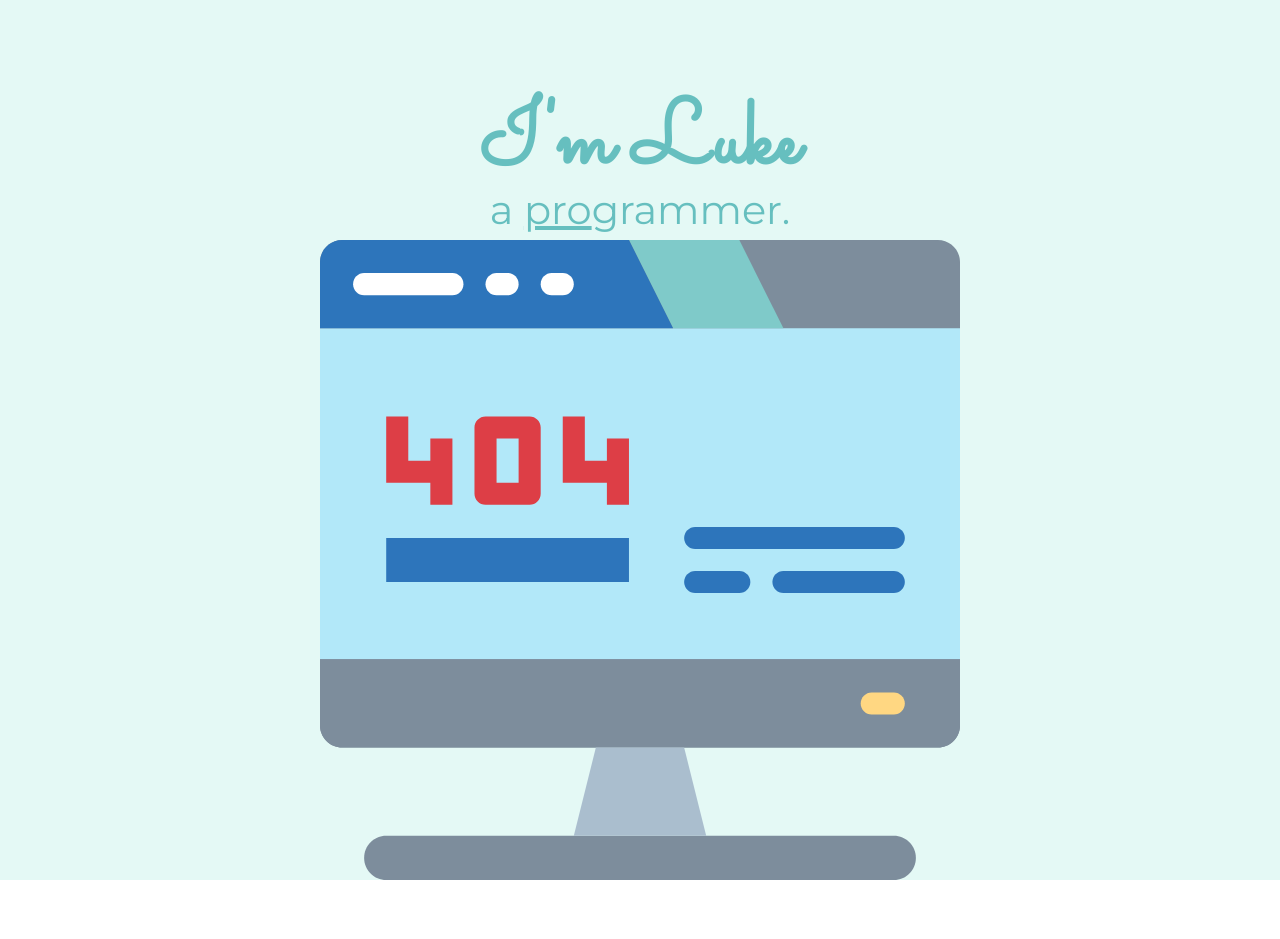
Repository: Isanderr/simple_landing_page-1
Page: index.html
These files come from the project's save history. The page is drawn as it stood at one moment and after the next save; the edit follows.
The browser window is 1280 px wide. The pictures show the part of the page from y = 0 to 939 px (the page is 2753 px tall before and 2732 px after).
A picture or video elsewhere on the page could not be fetched, so the positions and the page height are approximate.

Above is the page before, as saved 2019-02-01 18:33:35.

### index.html
<!DOCTYPE html>
<html lang="en">

    <head>
        <meta charset="UTF-8">
        <meta name="viewport" content="width=device-width, initial-scale=1.0">
        <meta http-equiv="X-UA-Compatible" content="ie=edge">
        <title>CendrowskiL</title>
        <link rel="stylesheet" href="css/reset.css">
        <link rel="stylesheet" href="css/styles.css">
        <link rel="shortcut icon" href="img/favicon.ico" type="image/x-icon">
        <link href="https://fonts.googleapis.com/css?family=Merriweather|Montserrat|Sacramento" rel="stylesheet">
    </head>

    <body>
    </body>
    <div class="top-container">
        <h1>I'm Luke</h1>
        <h2>a <span class="pro">pro</span>grammer.</h2>
        <img class="mountain" src="img/error-404.svg" alt="mountain-image">
    </div>
    <div class="middle-container">
        <div class="profile">
            <img src="img/man.svg" alt="man" class="man-img">
            <h2>Hello.</h2>
            <p class="intro">Lorem ipsum dolor sit amet, vitae volutpat, dui conubia, dolor urna. Non auctor, montes
                nulla distinctio.</p>
        </div>
        <hr>
        <div class="skills">
            <h2>My Skills.</h2>
            <div class="skill-row">
                <img class="computer-img" src="img/optimize.svg" alt="computer">
                <h3>Lorem & Ipsum</h3>
                <p>Lorem ipsum dolor sit amet, quis in duis, iaculis id felis. Consectetuer vestibulum, nunc urna
                    lectus, erat ligula. Hendrerit nam, lectus ante, ut lorem eros.</p>
            </div>
            <div class="skill-row">
                <img src="img/hosting.svg" class="hosting-img" alt="rocket-databes">
                <h3>Lorem Ipsum Dolor</h3>
                <p>Lorem ipsum dolor sit amet, mauris sed consectetuer. Etiam et eu, bibendum interdum, lacus quis
                    mauris. Curabitur wisi, quisque vel eu, rutrum nam.</p>
            </div>
        </div>
        <hr>
        <div class="contact-me">
            <h2>Get In Touch</h2>
            <h3>Lorem ipsum dolor sit amet, non elit.</h3>
            <p class="contact-message">Lorem ipsum dolor sit amet, in quis, aenean amet. Phasellus sodales, tellus
                donec dui, ornare erat.</p>
            <a class="btn" href="mailto:name@email.com">CONTACT ME</a>
        </div>
    </div>
    <div class="bottom-container">
        <a class="footer-link" href="https://www.linkedin.com/">LinkedIn</a>
        <a class="footer-link" href="https://twitter.com/">Twitter</a>
        <a class="footer-link" href="https://www.appbrewery.co/">Website</a>
        <p class="copyright">© 2019 Łukasz Cendrowski.</p>
    </div>
    </body>

</html>

### css/styles.css
/* font-family: 'Merriweather', serif;
font-family: 'Sacramento', cursive;
font-family: 'Montserrat', sans-serif; */

body{
    color: #40514E;
    margin: 0;
    text-align: center;
    font-family: 'Merriweather', serif;
}

h1 {
    color: #66bfbf;
    margin-top: 50px auto 0 auto;
    font-family: 'Sacramento', cursive;
    font-size: 5.625rem;
    font-weight: bold;
}
h2 {
    font-size: 2.5rem;
    font-family: 'Montserrat', sans-serif;
    color: #66bfbf;
    font-weight: normal;
    padding-bottom: 10px;

}
h3 {
    font-family: 'Montserrat', sans-serif;
    color: #11999E;
    line-height: 2;

}

hr {
    border: dotted #EAF6F6 6px;
    border-bottom: none;
    width: 10%;
    margin: 100px auto;
}
p {
    line-height: 2;
}

a {
    color: #11999E;
    font-family: 'Montserrat', sans-serif;
    margin: 10px 20px;
    text-decoration: none;
}

a:hover {
    color: #eaf6f6;
}


.top-container {
background-color: #E4f9f5;
position: relative;
padding-top: 100px;
}
.middle-container {
margin: 100px 0;
}

.bottom-container {
background-color: #66BFBF;
padding: 50px 0 20px;
}

.pro {
    text-decoration: underline;
}

.contact-message {
    width: 50%;
    margin: 40px auto 60px;
}

.profile {
    width: 50%;
    margin: auto;
    margin: 100px auto 100px auto;
    line-height: 2;
}

.skill-row {
    width: 50%;
    margin: auto;
    margin: 120px auto 100px auto;
    text-align: left;
}

.mountain {
    width: 50%;
}
.man-img {
width: 30%;
}

.computer-img {
    width: 30%;
    float: left;
    margin-right: 30px;
}

.hosting-img {
    width: 30%;
    float: right;
    margin-left: 30px;
}

.copyright {
color:#eaf6f6;
font-size: 0.75rem;
padding: 20px 0;
}

.btn {
    background: #11cdd4;
    background-image: -webkit-linear-gradient(top, #11cdd4, #11999e);
    background-image: -moz-linear-gradient(top, #11cdd4, #11999e);
    background-image: -ms-linear-gradient(top, #11cdd4, #11999e);
    background-image: -o-linear-gradient(top, #11cdd4, #11999e);
    background-image: linear-gradient(to bottom, #11cdd4, #11999e);
    -webkit-border-radius: 8;
    -moz-border-radius: 8;
    border-radius: 8px;
    font-family: 'Montserrat', sans-serif;
    color: #ffffff;
    font-size: 20px;
    padding: 10px 20px 10px 20px;
    text-decoration: none;
  }

  .btn:hover {
    background: #30e3cb;
    background-image: -webkit-linear-gradient(top, #30e3cb, #2bc4a);
    background-image: -moz-linear-gradient(top, #30e3cb, #2bc4a);
    background-image: -ms-linear-gradient(top, #30e3cb, #2bc4a);
    background-image: -o-linear-gradient(top, #30e3cb, #2bc4a);
    background-image: linear-gradient(to bottom, #30e3cb, #2bc4a);
    text-decoration: none;
  }

Loaded but not shown: css/reset.css (common file)

After the next save:
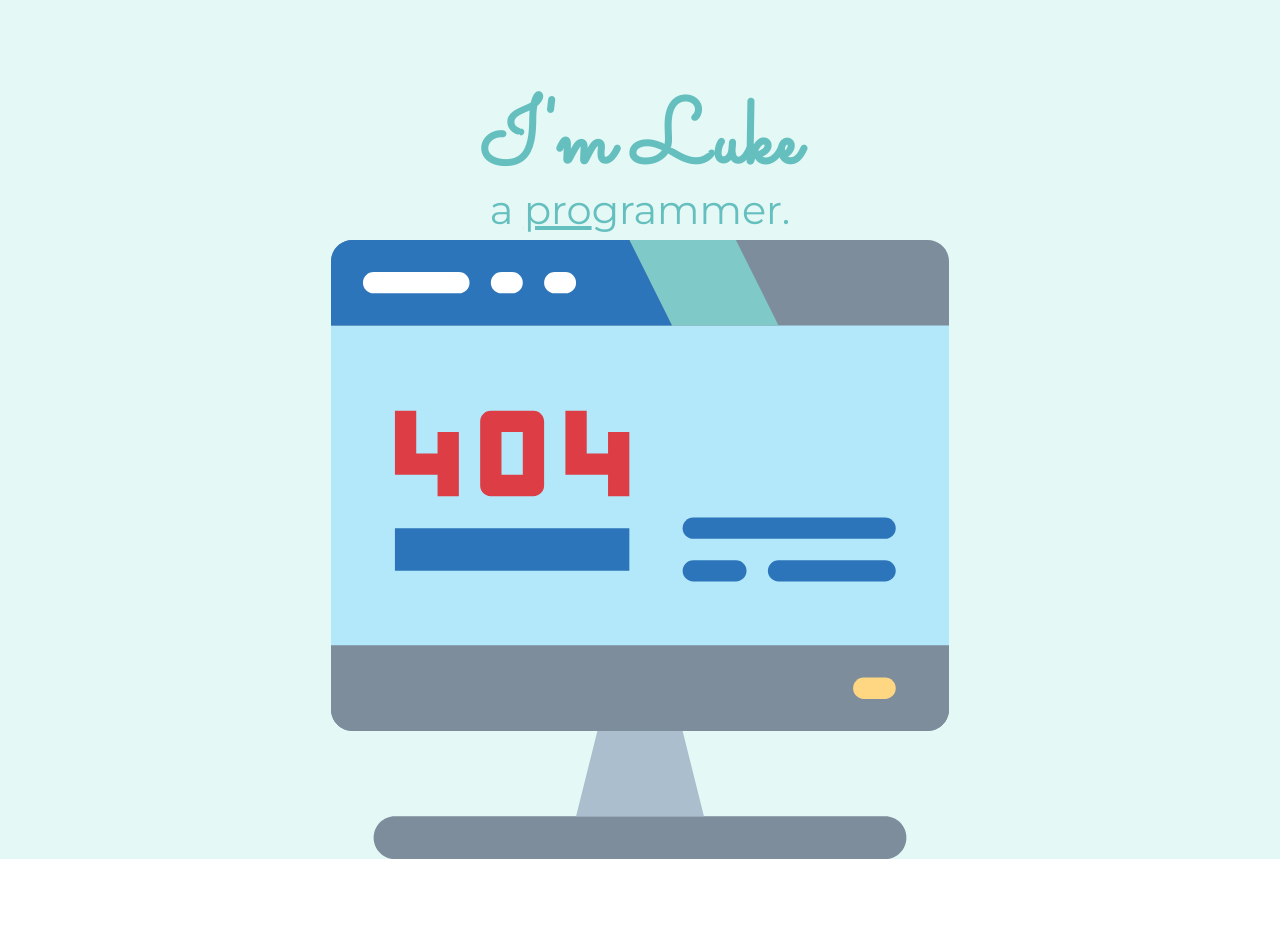
Saved 78 s later.
--- a/index.html
+++ b/index.html
@@ -17,7 +17,7 @@
     <div class="top-container">
         <h1>I'm Luke</h1>
         <h2>a <span class="pro">pro</span>grammer.</h2>
-        <img class="mountain" src="img/error-404.svg" alt="mountain-image">
+        <img class="computer404" src="img/error-404.svg" alt="computer-404error">
     </div>
     <div class="middle-container">
         <div class="profile">

After the 2 saves that followed:
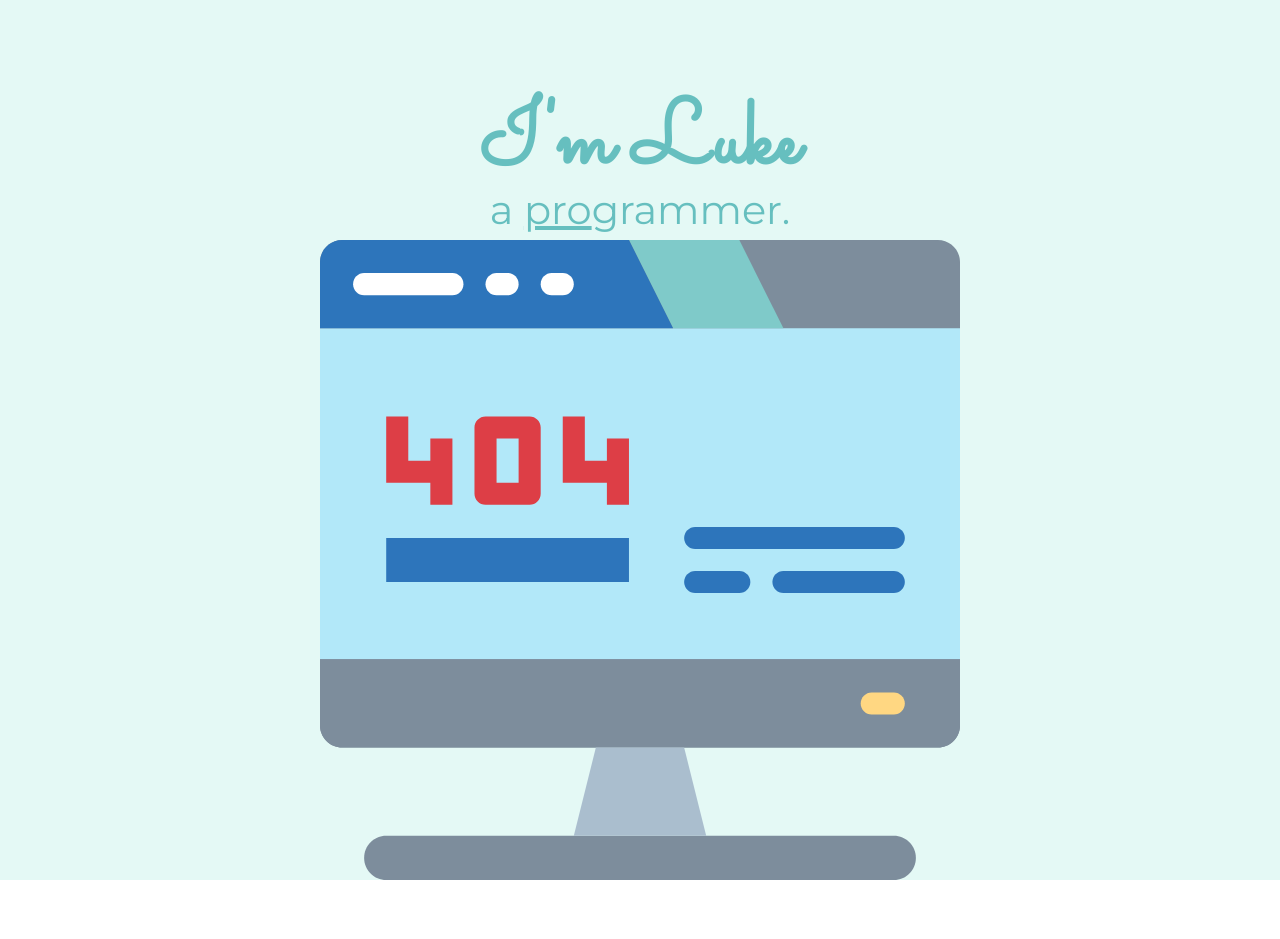
The 2 saves are shown as one change because 1 left the picture as it was.
The last was saved 26 s later.
--- a/index.html
+++ b/index.html
@@ -17,7 +17,7 @@
     <div class="top-container">
         <h1>I'm Luke</h1>
         <h2>a <span class="pro">pro</span>grammer.</h2>
-        <img class="computer404" src="img/error-404.svg" alt="computer-404error">
+        <img class="computer" src="img/error-404.svg" alt="computer-404error">
     </div>
     <div class="middle-container">
         <div class="profile">
--- a/css/styles.css
+++ b/css/styles.css
@@ -90,7 +90,7 @@ padding: 50px 0 20px;
     text-align: left;
 }
 
-.mountain {
+.computer {
     width: 50%;
 }
 .man-img {
